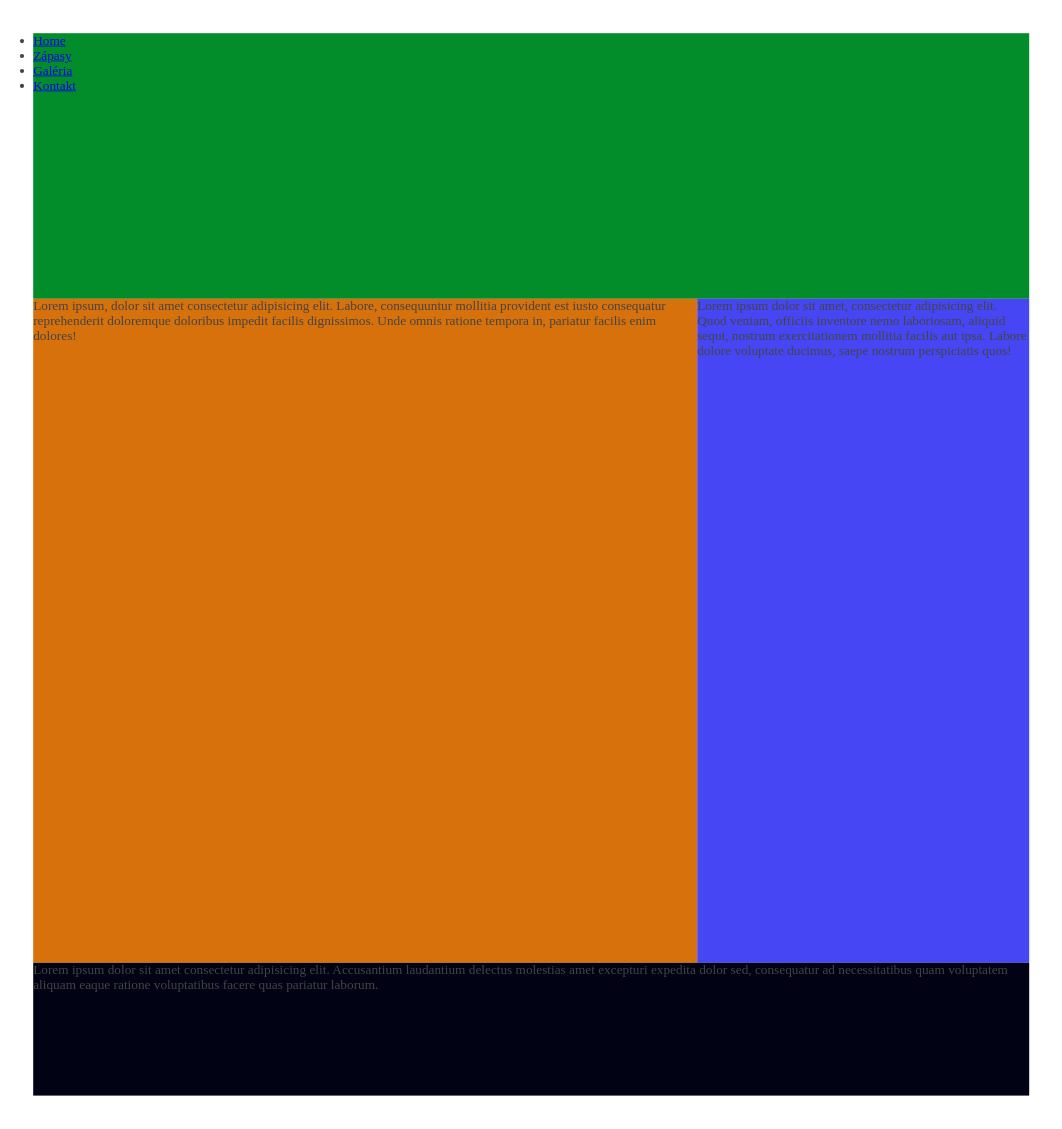
Repository: Badynko/tennis-website
Page: index.html
These files come from the project's save history. The page is drawn as it stood at one moment and after the next save; the edit follows.
The browser window is 1280 px wide. The pictures show the whole page, at 83% of full size.

Above is the page before, as saved 2024-07-31 20:42:14.

After the next save:
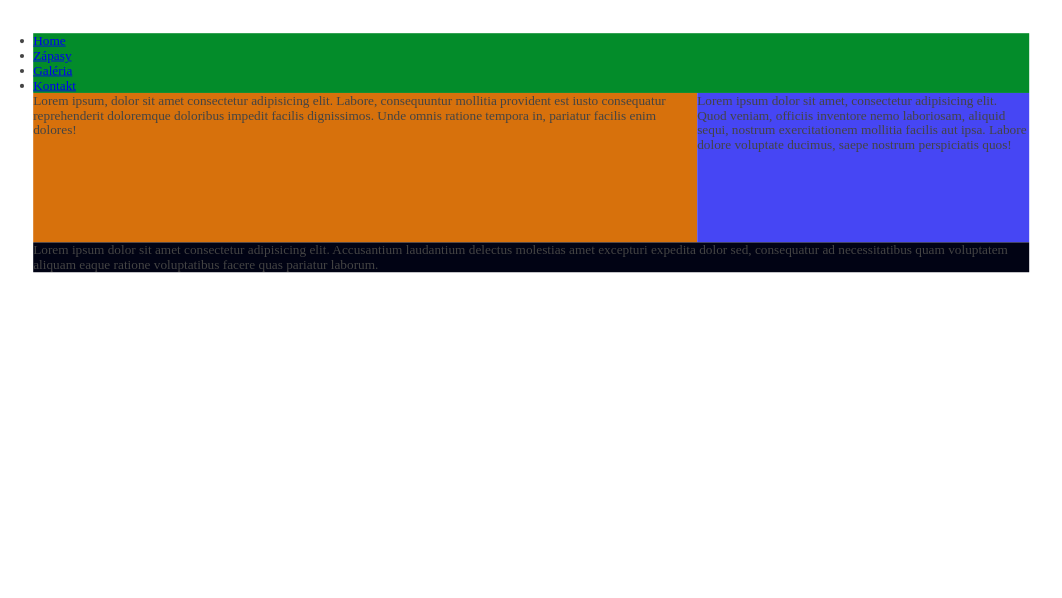
Saved 19 s later.
--- a/css/style.css
+++ b/css/style.css
@@ -6,7 +6,7 @@
 
 body {
   margin: 40px;
-  height: 100vw;
+  height: 100%;
 }
 
 .container {
